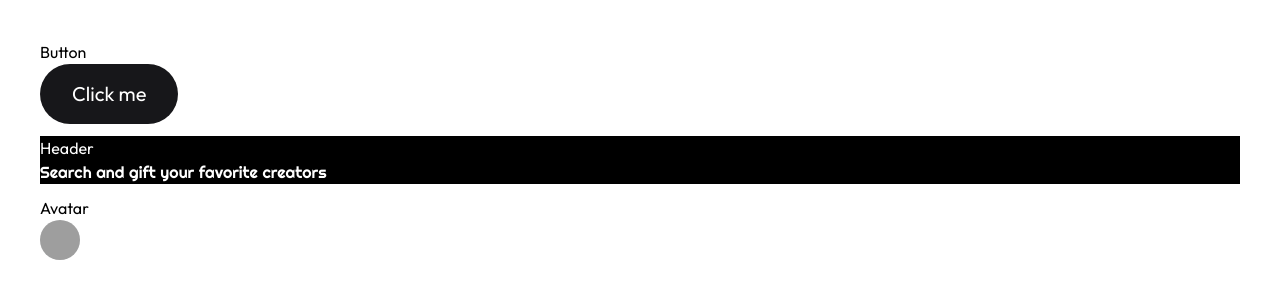
Repository: felixdusengimana/capstone-project-mirror
Page: /components (app in frontend/)
An editor plug-in stored every save of this project. The page is shown before and after the next save, followed by the edit.
The browser window is 1280 px wide. The pictures show the whole page.
Pictures or frames that could not be fetched are drawn as grey boxes. The project was rebuilt for these pictures with package versions that can differ from the ones it lists, and the page was loaded fresh each time. The framework's server and built-in components were replaced by stand-ins that run in the browser. Also part of the build but not shown: frontend/next.config.mjs, frontend/components/atoms/Icon.tsx.

Above is the page before, as saved 2024-03-11 11:12:18.

### frontend/app/layout.tsx
import type { Metadata } from "next";
import { Righteous, Outfit } from "next/font/google";
import "./globals.css";

const outfit = Outfit({ subsets: ["latin"], variable: "--font-outfit" });
const righteous = Righteous({
  subsets: ["latin"],
  variable: "--font-righteous",
  weight: "400",
});

export const metadata: Metadata = {
  title: "Pesatone - Search and gift your favorite creators",
  description:
    "A place where fans show gratitude to the African content creators they love!",
};

export default function RootLayout({
  children,
}: Readonly<{
  children: React.ReactNode;
}>) {
  return (
    <html lang="en">
      <body className={`${outfit.variable} ${righteous.variable} font-sans`}>
        {children}
      </body>
    </html>
  );
}

### frontend/app/components/page.tsx
import Avatar from "@/components/atoms/Avatar";
import Button from "@/components/atoms/Button";
import Headline from "@/components/atoms/Headline";
import React from "react";

export default function page() {
  return (
    <div className="p-10 flex flex-col gap-3">
      <div>
        <h1>Button</h1>
        <Button variant="secondary">Click me</Button>
      </div>
      <div className="bg-black">
        <h1 className="text-white">Header</h1>
        <Headline>Search and gift your favorite creators</Headline>
      </div>
      <div>
        <h1>Avatar</h1>
        <Avatar src="https://letsenhance.io/static/8f5e523ee6b2479e26ecc91b9c25261e/1015f/MainAfter.jpg" />
      </div>
      <div></div>
    </div>
  );
}

### frontend/app/globals.css
@tailwind base;
@tailwind components;
@tailwind utilities;

:root {
  --bg: #171719;
  --bg-hover: #232326;
  --secondary-color: #17171A;
  --foreground-rgb: 0, 0, 0;
  --background-start-rgb: 214, 219, 220;
  --background-end-rgb: 255, 255, 255;
}

/* @media (prefers-color-scheme: dark) {
  :root {
    --foreground-rgb: 255, 255, 255;
    --background-start-rgb: 0, 0, 0;
    --background-end-rgb: 0, 0, 0;
  }
}

body {
  color: rgb(var(--foreground-rgb));
  background: linear-gradient(to bottom,
      transparent,
      rgb(var(--background-end-rgb))) rgb(var(--background-start-rgb));
}

@layer utilities {
  .text-balance {
    text-wrap: balance;
  }
} */

### frontend/components/atoms/Avatar.tsx
/* eslint-disable @next/next/no-img-element */
import { ComponentProps } from "react";
import Icon from "./Icon";

interface AvatarProps extends ComponentProps<"div"> {
  src: string;
  alt?: string;
  size?: "sm" | "md" | "lg" | "xl" | "2xl";
  circle?: boolean;
  bordered?: boolean;
  fallBackText?: string;
}
export default function Avatar({ ...props }: AvatarProps) {
  const {
    src,
    alt,
    size = "sm",
    circle = true,
    fallBackText,
    bordered,
    ...rest
  } = props;

  const sizeClasses = {
    sm: "w-10 h-10",
    md: "w-12 h-12",
    lg: "w-16 h-16",
    xl: "w-[150px] h-[150px]",
    "2xl": "w-[202px] h-[202px]",
  };

  return (
    <div
      {...rest}
      className={`bg-gray-100 ${circle ? "rounded-full" : "rounded"} ${
        bordered ? "border-2 border-white" : ""
      } ${sizeClasses[size]} ${
        rest.className
      } flex items-center justify-center overflow-hidden`}
    >
      {src ? (
        <img
          src={src}
          alt={alt}
          className={`w-full ${sizeClasses[size]} object-cover`}
        />
      ) : fallBackText ? (
        fallBackText
      ) : (
        <Icon name="user" />
      )}
    </div>
  );
}

### frontend/components/atoms/Button.tsx
import { ComponentProps } from "react";

interface ButtonProps extends ComponentProps<"button"> {
  variant?: "dark" | "white" | "blurred" | "secondary";
  size?: "sm" | "md" | "lg";
  bordered?: boolean;
}

export default function Button({ ...props }: ButtonProps) {
  const { variant = "dark", size = "md", bordered = false } = props;

  const variantClasses = {
    dark: "bg-black text-white",
    white: "bg-white text-black",
    secondary: "bg-secondary text-white",
    blurred: "bg-blurred text-white",
  };

  const sizeClasses = {
    sm: "px-2 py-1",
    md: "px-8 py-4",
    lg: "px-6 py-3",
  };

  const borderClasses = bordered ? "border border-black" : "";

  return (
    <button
      {...props}
      className={`text-xl font-normal rounded-full ${variantClasses[variant]} ${sizeClasses[size]} ${borderClasses} ${props.className}`}
    >
      {props.children}
    </button>
  );
}

### frontend/components/atoms/Headline.tsx
import { ComponentProps } from "react";

interface HeadlineProps extends ComponentProps<"h1"> {}

export default function Headline({ ...props }: HeadlineProps) {
  return (
    <div className={`font-mono text-white ${props.className}`}>
      {props.children}
    </div>
  );
}

### frontend/tailwind.config.ts
import type { Config } from "tailwindcss";

const config: Config = {
  content: [
    "./pages/**/*.{js,ts,jsx,tsx,mdx}",
    "./components/**/*.{js,ts,jsx,tsx,mdx}",
    "./app/**/*.{js,ts,jsx,tsx,mdx}",
  ],
  theme: {
    extend: {
      // backgroundImage: {
      //   "gradient-radial": "radial-gradient(var(--tw-gradient-stops))",
      //   "gradient-conic":
      //     "conic-gradient(from 180deg at 50% 50%, var(--tw-gradient-stops))",
      // },
      fontFamily: {
        sans: ["var(--font-outfit)"],
        mono: ["var(--font-righteous)"],
      },
      colors: {
        secondary: "var(--secondary-color)",
      },
    },
  },
  plugins: [],
};
export default config;

After the next save:
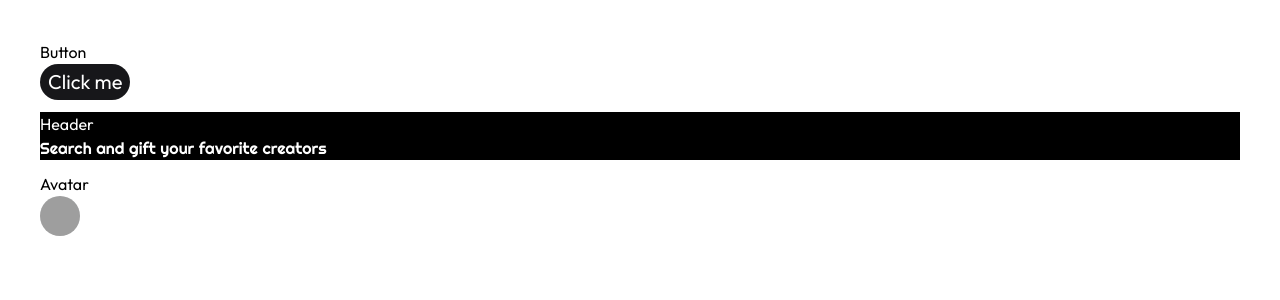
Saved 11 s later.
--- a/frontend/app/components/page.tsx
+++ b/frontend/app/components/page.tsx
@@ -8,7 +8,9 @@ export default function page() {
     <div className="p-10 flex flex-col gap-3">
       <div>
         <h1>Button</h1>
-        <Button variant="secondary">Click me</Button>
+        <Button variant="secondary" size="sm">
+          Click me
+        </Button>
       </div>
       <div className="bg-black">
         <h1 className="text-white">Header</h1>
